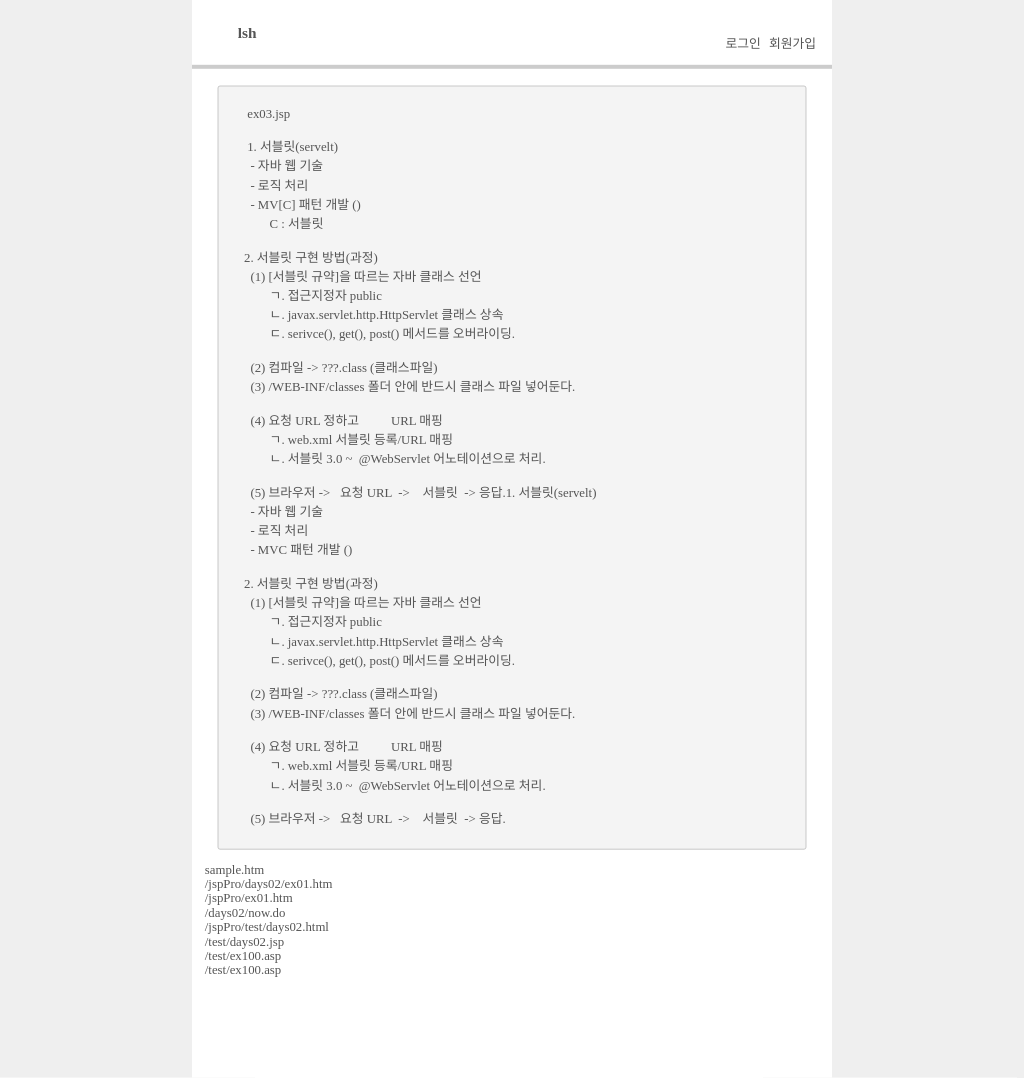
Repository: Dusajang/JSPClass
Page: http://localhost/jspPro/days02/ex03.jsp
These files come from the project's save history. The page is drawn as it stood at one moment and after the next save; the edit follows.
The browser window is 1280 px wide. The pictures show the whole page, at 80% of full size.
Some web fonts or font styles are not loaded; a fallback is used. The page is served by Tomcat 9. Other server files are loaded and not shown.

Above is the page before, as saved 2024-10-16 08:12:10.

### jspPro/src/main/webapp/days02/ex03.jsp
<%@ page language="java" contentType="text/html; charset=utf-8" pageEncoding="utf-8" %> <!-- 페이지 지시자(지시자는 @가 있다.) -->
<!DOCTYPE html>
<html>
<head>
<meta charset="UTF-8">
<title>Insert title here</title>
<link rel="shortcut icon" type="image/x-icon" href="http://localhost/jspPro/images/SiSt.ico">
<script src="https://ajax.googleapis.com/ajax/libs/jquery/3.7.1/jquery.min.js"></script>
<meta name="viewport" content="width=device-width, initial-scale=1.0">
<link rel="stylesheet" href="http://localhost/jspPro/resources/cdn-main/example.css">
<script src="http://localhost/jspPro/resources/cdn-main/example.js"></script>
<style>
 span.material-symbols-outlined{
    vertical-align: text-bottom;
 }
</style>
</head>
<body>
<header>
  <h1 class="main"><a href="#" style="position: absolute;top:30px;">lsh</a></h1>
  <ul>
    <li><a href="#">로그인</a></li>
    <li><a href="#">회원가입</a></li>
  </ul>
</header>
<div>
  <xmp class="code">
     ex03.jsp

     1. 서블릿(servelt)
      - 자바 웹 기술
      - 로직 처리
      - MV[C] 패턴 개발 ()
            C : 서블릿

    2. 서블릿 구현 방법(과정)
      (1) [서블릿 규약]을 따르는 자바 클래스 선언
            ㄱ. 접근지정자 public
            ㄴ. javax.servlet.http.HttpServlet 클래스 상속
            ㄷ. serivce(), get(), post() 메서드를 오버라이딩.

      (2) 컴파일 -> ???.class (클래스파일)
      (3) /WEB-INF/classes 폴더 안에 반드시 클래스 파일 넣어둔다.

      (4) 요청 URL 정하고          URL 매핑
            ㄱ. web.xml 서블릿 등록/URL 매핑
            ㄴ. 서블릿 3.0 ~  @WebServlet 어노테이션으로 처리.

      (5) 브라우저 ->   요청 URL  ->    서블릿  -> 응답.1. 서블릿(servelt)
      - 자바 웹 기술
      - 로직 처리
      - MVC 패턴 개발 ()

    2. 서블릿 구현 방법(과정)
      (1) [서블릿 규약]을 따르는 자바 클래스 선언
            ㄱ. 접근지정자 public
            ㄴ. javax.servlet.http.HttpServlet 클래스 상속
            ㄷ. serivce(), get(), post() 메서드를 오버라이딩.

      (2) 컴파일 -> ???.class (클래스파일)
      (3) /WEB-INF/classes 폴더 안에 반드시 클래스 파일 넣어둔다.

      (4) 요청 URL 정하고          URL 매핑
            ㄱ. web.xml 서블릿 등록/URL 매핑
            ㄴ. 서블릿 3.0 ~  @WebServlet 어노테이션으로 처리.

      (5) 브라우저 ->   요청 URL  ->    서블릿  -> 응답.
  </xmp>

  <a href="sample.htm">sample.htm</a><br />
  <a href="/jspPro/days02/ex01.htm">/jspPro/days02/ex01.htm</a><br />
  <a href="/jspPro/ex01.htm">/jspPro/ex01.htm</a><br />

  <!-- / 경로의 위치가 다르기 때문에 jspPro 부터 시작한다. -->
  <a href="/jspPro/days02/now.do">/days02/now.do</a><br />

  <a href="/jspPro/test/days02/ex100.html">/jspPro/test/days02.html</a><br />
  <a href="/test/days02.jsp">/test/days02.jsp</a><br /> <!-- 일치 x  -->
  <a href="/test/ex100.asp">/test/ex100.asp</a><br /> <!-- 일치 x  -->
  <a href="/jspPro/test/ex100.asp">/test/ex100.asp</a><br />

  <!-- [차이점] 과제 / ch17, 514p
  <url-pattern>/</url-pattern>
  <url-pattern>/*</url-pattern>
   -->
</div>
</body>
</html>

### jspPro/src/main/webapp/resources/cdn-main/example.css
@charset "UTF-8";

@import url('https://fonts.googleapis.com/css2?family=Material+Symbols+Outlined:opsz,wght,FILL,GRAD@20..48,100..700,0..1,-50..200');

@font-face {
    font-family: 'GmarketSansMedium';
    src: url('https://cdn.jsdelivr.net/gh/projectnoonnu/noonfonts_2001@1.1/GmarketSansMedium.woff') format('woff');
    font-weight: normal;
    font-style: normal;
}

:root {
	--text-color: #555;
	--sub-text-color: #777;
	--back-color: #EFEFEF;
	--header-color: #444;
	--primary-color: #DEDEDE;
	--secondary-color: #EFEFEF;
	--default-width: 800px;
	--narrow-width: 500px;
	--wide-width: 1200px;
	--text-font: 'GmarketSansMedium';
	--icon-font: 'Material Symbols Outlined';
	--border-color: #CCC;
}

html, body {
	margin: 0;
	padding: 0;
}

html {
	background-color: var(--back-color);
	display: flex;
	justify-content: center;
	min-height: 100vh;
}

body, body.default {
	width: var(--default-width);
	background-color: white;
	padding-bottom: 120px;
}

body.wide {
	width: var(--wide-width);
}

body.narrow {
	width: var(--narrow-width);
}



body, p, div, span, a, input, select, option, textarea, button, table, th, td, label, fieldset, legend {
	font-family: var(--text-font);
	color: var(--text-color);
}

h1, h2, h3 {
	font-family: var(--text-font);
	color: var(--header-color);
	padding: 0 1rem;
	padding-top: .5rem;
}

div > h1, div > h2, div > h3 {
	padding: 0;
}

body > div, body > main > div {
	padding: 0.3rem 1rem;
}


h1 { font-size: 2rem; border-bottom: 1px solid var(--border-color); }
h1 small { font-size: 1.2rem; color: var(--sub-text-color); }
h2 { font-size: 1.5rem; border-bottom: 1px dashed var(--border-color); }
h2 small { font-size: 1.1rem; color: --sub-text-color; }
h3 { font-size: 1.2rem; }
h3 small { font-size: 1rem; color: --sub-text-color; }



h1.main::before {
	font-family: var(--icon-font);
  	content: '\e666';
  	margin-right: 10px;
  	float: left;
	font-size: 2.5rem;
}

h1.sub::before {
	font-family: var(--icon-font);
  	content: '\ea19';
  	margin-right: 10px;
  	float: left;
	font-size: 2.5rem;
}


h1.page::before {
	font-family: var(--icon-font);
  	content: '\e0e0';
  	margin-right: 10px;
  	float: left;
	font-size: 2.5rem;
}

body > header > ul > li > .active{
	background-color: #FFF;
	color:#F00;
}

body > header {
	display: flex;
	justify-content: space-between;
	border-bottom: 5px solid var(--border-color);
	min-height: 74px;
	background-color: #FFF;
}

body > header.sticky {
	position: sticky;
	top: 0;
	z-index: 98;
}

body > header > h1 {
	font-size: 1.2rem;
	border: 0;
}

body > header.in > h1::before {
	font-family: var(--icon-font);
  	content: '\e332‥';
  	margin-right: 3px;
  	float: left;
	font-size: 2rem;
}


body > header > ul {
	list-style-type: none;
	display: flex;
	align-items: flex-end;
	margin-right: 10px;
}

body > header > ul > li {
	margin-right: 10px;
	cursor: pointer;
}

body > header > ul > li > a {
	cursor: pointer;
}


form {
	display: block;
}

form > div {
	padding: 0.3rem 1rem;
}

div > form > div {
	padding: 0.3rem 0;
}

input, textarea, button, select {
	border: 1px solid #BBB;
	border-radius: 3px;
	outline: none;
	resize: none;
	padding: 7px;
	margin: 0;
}

input[type=text]:read-only, textarea:read-only {
	cursor: not-allowed;
	background-color: #FFF;
}

input[type=text]:disabled, textarea:disabled {
	cursor: not-allowed;
	background-color: #EEE;
}

input[type=text], input[type=password], textarea, button, select {
	/* width: 300px; */
}

textarea {
	display: block;
	height: 100px;
}

input[type=button], input[type=submit], button {
	/* width: inherit; */
}

input.short, textarea.short, button.short, select.short {
	width: 100px;
}

input.long, textarea.long, button.long, select.long {
	width: 350px;
}

.narrow input.long, .narrow textarea.long, .narrow button.long, .narrow select.long {
	width: calc(100% - 20px);
}

input.full, textarea.full, button.full, select.full {
	width: calc(100% - 20px);
}

textarea.short {
	height: 50px;
}

textarea.long {
	height: 100px;
}

textarea.full {
	height: 200px;
}

input, textarea {
	padding-top: 8px;
}

input[type=button], input[type=submit], button {
	padding: 5px 10px;
	background-color: var(--secondary-color);
	cursor: pointer;
	min-height: 36px;
}

input[type=button].primary, input[type=submit].primary, button.primary {
	/* background-color: rgba(100, 149, 237, .2); */
	background-color: var(--primary-color);
}

input[type=button].primary:hover, input[type=submit].primary:hover, button.primary:hover {
	/* background-color: rgba(100, 149, 237, .3); */
	background-color: var(--secondary-color);
}

input[type=button]:hover, input[type=submit]:hover, button:hover {
	background-color: var(--primary-color);
}

button {
	position: relative;
	left: 0;
	top: 0;
	padding-left: 35px;
}

button .material-symbols-outlined {
	position: absolute;
	left: 10px;
	top: 4px;
}

/* k2nik add */
button.login::before {
	font-family: var(--icon-font);
  	content: '\ea77';
	position: absolute;
	left: 11px;
	top: 4px;
	font-size: 1.25rem;
}

/* k2nik logout */
button.logout::before {
	font-family: var(--icon-font);
  	content: '\e9ba';
	position: absolute;
	left: 11px;
	top: 4px;
	font-size: 1.25rem;
}

/* k2nik help */
button.help::before {
	font-family: var(--icon-font);
  	content: '\f1c0';
	position: absolute;
	left: 11px;
	top: 4px;
	font-size: 1.25rem;
}

button.add::before{
	font-family: var(--icon-font);
  	content: '\e746';
	position: absolute;
	left: 11px;
	top: 4px;
	font-size: 1.25rem;
}

button.back::before {
	font-family: var(--icon-font);
  	content: '\e166';
	position: absolute;
	left: 11px;
	top: 4px;
	font-size: 1.25rem;
}

button.list::before {
	font-family: var(--icon-font);
  	content: '\e0ee';
	position: absolute;
	left: 11px;
	top: 4px;
	font-size: 1.25rem;
}


button.del::before {
	font-family: var(--icon-font);
  	content: '\e872';
	position: absolute;
	left: 11px;
	top: 4px;
	font-size: 1.25rem;
}


button.edit::before {
	font-family: var(--icon-font);
  	content: '\e745';
	position: absolute;
	left: 11px;
	top: 4px;
	font-size: 1.25rem;
}


button.login::before {
	font-family: var(--icon-font);
  	content: '\ea77';
	position: absolute;
	left: 11px;
	top: 4px;
	font-size: 1.25rem;
}


button.logout::before {
	font-family: var(--icon-font);
  	content: '\e9ba';
	position: absolute;
	left: 11px;
	top: 4px;
	font-size: 1.25rem;
}


button.in::before {
	font-family: var(--icon-font);
  	content: '\f71a';
	position: absolute;
	left: 11px;
	top: 4px;
	font-size: 1.25rem;
}


button.out::before {
	font-family: var(--icon-font);
  	content: '\f70e';
	position: absolute;
	left: 11px;
	top: 4px;
	font-size: 1.25rem;
}


button.reply::before {
	font-family: var(--icon-font);
  	content: '\e15e';
	position: absolute;
	left: 11px;
	top: 4px;
	font-size: 1.25rem;
}


button.comment::before {
	font-family: var(--icon-font);
  	content: '\e0b9';
	position: absolute;
	left: 11px;
	top: 4px;
	font-size: 1.25rem;
}


button.modal::before {
	font-family: var(--icon-font);
  	content: '\e89e';
	position: absolute;
	left: 11px;
	top: 4px;
	font-size: 1.25rem;
}


button.ok::before {
	font-family: var(--icon-font);
  	content: '\e86c';
	position: absolute;
	left: 11px;
	top: 4px;
	font-size: 1.25rem;
}


button.cancel::before {
	font-family: var(--icon-font);
  	content: '\e5c9';
	position: absolute;
	left: 11px;
	top: 4px;
	font-size: 1.25rem;
}

button.search::before {
	font-family: var(--icon-font);
  	content: '\e8b6';
	position: absolute;
	left: 11px;
	top: 4px;
	font-size: 1.25rem;
}

button.home::before {
	font-family: var(--icon-font);
  	content: '\e88a';
	position: absolute;
	left: 11px;
	top: 4px;
	font-size: 1.25rem;
}


button.sidebar::before {
	font-family: var(--icon-font);
  	content: '\f7e4';
	position: absolute;
	left: 11px;
	top: 4px;
	font-size: 1.25rem;
}


button.sidebar-right::before {
	font-family: var(--icon-font);
  	content: '\f7e5';
	position: absolute;
	left: 11px;
	top: 4px;
	font-size: 1.25rem;
}




button::before {
	font-family: var(--icon-font);
  	content: '\e323';
	position: absolute;
	left: 11px;
	top: 4px;
	font-size: 1.25rem;
}


table {
	border-collapse: collapse;
	margin: 1rem;
	box-sizing: border-box;
	width: calc(100% - 32px);
}

table.content {
	width: auto;
}

div > table {
	margin: 0;
}

table th, table td {
	border: 1px solid var(--border-color);
	padding: 7px;
	font-weight: normal;
}

table th {
	background-color: var(--back-color);
}

table.vertical th {
	width: 150px;
}

table.vertical td {
	width: calc(100% - 182px);
	padding-left: 10px;
}

table.content td, table.content th {
	width: auto;
}

body.narrow table.vertical th {
	width: 100px;
}

body.narrow table.vertical td {
	width: calc(100% - 182px);
}


table + table {
	margin-top: 30px;
}


p {
	padding: 0 1rem;
}

a {
	text-decoration: none;
}

a:hover {
	color: rgba(255, 99, 71, .7);
}

hr {
	border: 0;
	border-top: 1px solid var(--border-color);
	margin: 2rem 0;
}

.message {
	border: 1px solid var(--border-color);
	background-color: #EFEFEF;
	margin: 1rem;
	width: auto;
	padding-top: 10px;
	padding-bottom: 10px;
	font-size: 14px;
}

.message[title]::before {
	content: attr(title);
	display: block;
	border-bottom: 1px solid var(--border-color);
	padding-bottom: 5px;
	margin-bottom: 10px;
	margin-top: 7px;
}

.message.short {
	max-width: 250px;
}

.message.long {
	max-width: 500px;
}

.badge {
	float: right;
	font-size: .8rem;
	margin-top: 2px;
	margin-right: 2px;
	text-shadow: 0 0 7px gray;
}

.badge.left {
	float: none;
	margin-left: 2px;
}

.badge.right {
	float: right;
}

.badge.red {
	border-radius: 50%;
	padding: 2px 5px;
	background-color: rgb(255, 99, 71, .3);
}

.badge.yellow {

	border-radius: 50%;
	padding: 2px 5px;
	background-color: rgb(255, 215, 0, .5);
}

.badge.blue {
	border-radius: 50%;
	padding: 2px 5px;
	background-color: rgb(100, 149, 237, .3);
}

label + label {
	margin-left: 7px;
}

label input[type=checkbox], label input[type=radio] {
	transform: translate(0, 1px);
}

.group {
	display: flex;
}

.modal-content .group {
	margin-bottom: .5rem;
}

.group label {
	border: 1px solid #BBB;
	border-radius: 3px;
	outline: none;
	resize: none;
	padding: 7px 14px;
	margin: 0;
	border-top-right-radius: 0;
	border-bottom-right-radius: 0;
	background-color: #EFEFEF;
	white-space: nowrap;
	font-size: 14px;
}

.group input[type=text] {
	margin-left: -1px;
	border-top-left-radius: 0;
	border-bottom-left-radius: 0;
}

.group select {
	margin-left: -1px;
	border-top-left-radius: 0;
	border-bottom-left-radius: 0;
}

.group input.full[type=text] {
	margin-left: -1px;
	border-top-left-radius: 0;
	border-bottom-left-radius: 0;
	width: 100%;
}

.group input[type=button]:first-child, .group button:first-child {
	border-top-left-radius: 3px;
	border-bottom-left-radius: 3px;
	margin-left: 0px;
}

.group input[type=button], .group button {
	border-radius: 0;
	margin-left: -1px;
}

.group input[type=button]:last-child, .group button:last-child {
	margin-left: -1px;
	border-top-right-radius: 3px;
	border-bottom-right-radius: 3px;
}

.seperate {
	display: flex;
	justify-content: space-between;
}

div.list {
	width: max-content;
	margin: 1rem;
	border: 1px solid #BBB;
	border-radius: 3px;
	padding: 0;
}

div.list.full {
	width: auto;
	display: block;
	margin: 1rem;
	border: 1px solid #BBB;
	border-radius: 3px;
	padding: 0;
}

div.list > div {
	padding: .5rem 1rem;
	margin: 0;
	border-bottom: 1px solid #BBB;
}

div.list > div:last-child {
	border-bottom: 0;
}

pre.code , xmp.code{
	font-family: consols;
	background-color: rgba(150, 150, 150, .1);
	border: 1px solid #BBB;
	border-radius: 3px;
	padding: .5rem 1rem;
	padding-bottom: .6rem;
	margin: 1rem;
}




*[data-modal-window] {
	position: fixed;
	background-color: rgba(0, 0, 0, .3);
	left: 0;
	top: 0;
	display: none;
	justify-content: center;
	align-items: flex-start;
	width: 100%;
	min-height: 100vh;
	z-index: 100;
	opacity: 0;
	transition: 500ms all;
}

*[data-modal-window] .modal-container {
	border-radius: 5px;
	padding: 1rem;
	padding-bottom: .5rem;
	margin-top: -500px;
	opacity: 0;
	width: 500px;
	background-color: #FFF;
	margin-right: 2rem;
	transition: 500ms all;
}

*[data-modal-size=content] .modal-container {
	width: auto;
}

*[data-modal-size=narrow] .modal-container {
	width: 300px;
}

*[data-modal-size=wide] .modal-container {
	width: 760px;
}


*[data-modal-window] .modal-header {
	border-bottom: 1px solid var(--border-color);
	padding: 2px 5px;
}

*[data-modal-window] .modal-content {
	padding: 1rem 5px;
}

*[data-modal-window] .modal-content div:last-child {
	margin-top: 1rem;
	text-align: right;
}



*[data-sidebar-window] {
	position: fixed;
	background-color: #FFF;
	left: 0;
	top: 0;
	display: block;
	width: 300px;
	border-right: 1px solid var(--border-color);
	box-sizing: border-box;
	box-shadow: 0 0 3px var(--back-color);
	min-height: 100vh;
	z-index: 99;
	transform: translate(-300px, 0);
	transition-duration: 500ms;
	transition-property: transform;
}

*[data-sidebar-direction=right] {
	left: auto;
	right: 0;
	transform: translate(300px, 0);
	border-left: 1px solid var(--border-color);
}

*[data-sidebar-size=wide] {
	width: 500px;
	transform: translate(-500px, 0);
}

*[data-sidebar-window] .sidebar-title {
	border-bottom: 1px solid var(--border-color);
	margin-top: 20px;
	margin-bottom: 20px;
	padding-bottom: 5px;
	display: flex;
	justify-content: space-between;
}

*[data-sidebar-window] .sidebar-title span:last-child {
	cursor: pointer;
}


/* K2Nik pagination */
.center {
  text-align: center;
}

.pagination {
  display: inline-block;
}

.pagination a {
  color: black;
  float: left;
  padding: 3px 6px;
  text-decoration: none;
  transition: background-color .3s;
  border: 1px solid #ddd;
  margin: 0 3px;
}

.pagination a.active {
  background-color: #4CAF50;
  color: white;
  border: 1px solid #4CAF50;
}

.pagination a:hover:not(.active) {background-color: #ddd;}

### jspPro/src/main/webapp/resources/cdn-main/example.js

window.onload = () => {

    const list = document.querySelectorAll('input, textarea');

    list.forEach(item => {
        item.setAttribute('autocomplete', 'off');
    });


    const modal_btn_list = document.querySelectorAll('*[data-modal-button]');

    modal_btn_list.forEach(item => {
        item.onclick = function() {

            const name = this.dataset['modalButton'];
            const modal_window = document.querySelector('*[data-modal-window=' + name);

            const container = document.createElement('div');
            container.className = 'modal-container';



            const modal_header = document.createElement('div');
            modal_header.textContent = modal_window.dataset['modalTitle'];
            modal_header.className = 'modal-header';
            container.appendChild(modal_header);

            const modal_content = document.createElement('div');
            modal_content.className = 'modal-content';
            container.appendChild(modal_content);

            Array.from(modal_window.childNodes).forEach(item => {
                modal_content.appendChild(item);
            });

            modal_window.appendChild(container);

            modal_window.style.display = 'flex';

            setTimeout(() => {
                modal_window.style.opacity = 1;
                container.style.marginTop = '20px';
                container.style.opacity = 1;
            }, 50);


            const modal_ok = document.querySelector('*[data-modal-ok=' + name);
            modal_ok.addEventListener('click', function() {
                modal_window.style.opacity = 0;
                container.style.marginTop = '-500px';
                container.style.opacity = 0;

                setTimeout(() => {
                    modal_window.innerHTML = modal_content.innerHTML;
                    modal_window.style.display = 'none';
                }, 500);

            });

            const modal_cancel = document.querySelector('*[data-modal-cancel=' + name);
            modal_cancel.addEventListener('click', function() {

                modal_window.style.opacity = 0;
                container.style.marginTop = '-500px';
                container.style.opacity = 0;

                setTimeout(() => {
                    modal_window.innerHTML = modal_content.innerHTML;
                    modal_window.style.display = 'none';
                }, 500);
            });


        };
    });


    const sidebar_btn_list = document.querySelectorAll('*[data-sidebar-button]');

    sidebar_btn_list.forEach(item => {
        item.onclick = function() {



            const name = this.dataset['sidebarButton'];
            const sidebar_window = document.querySelector('*[data-sidebar-window=' + name);

            if (sidebar_window.style.transform == 'translate(0px, 0px)') return;



            sidebar_window.style.transform = 'translate(0, 0)';

            const sidebar_title = document.createElement('div');
            sidebar_title.className = 'sidebar-title';
            sidebar_title.innerHTML = '<span>' + sidebar_window.dataset['sidebarTitle'] + '</span><span class="material-symbols-outlined">close</span>';

            sidebar_title.children[1].onclick = function() {

                let sign = 1;
                let distance = 300;

                if (sidebar_window.dataset['sidebarDirection'] != 'right') {
                    sign = -1;
                } else {
                    sign = 1;
                }

                if (sidebar_window.dataset['sidebarSize'] != 'wide') {
                    distance = 300;
                } else {
                    distance = 500;
                }

                distance *= sign;

                sidebar_window.style.transform = 'translate(' + distance + 'px, 0)';

                setTimeout(function() {
                    sidebar_window.removeChild(sidebar_window.children[0]);
                }, 500);
            };


            sidebar_window.prepend(sidebar_title);

        }
    });

};

// window.onkeydown = function(event) {

//     if (event.keyCode == 27) {
//         if (document.querySelector('[data-modal-window').style.display == 'flex') {
//             document.querySelector('[data-modal-window').style.display = 'none';
//         }
//     }

// };

After the next save:
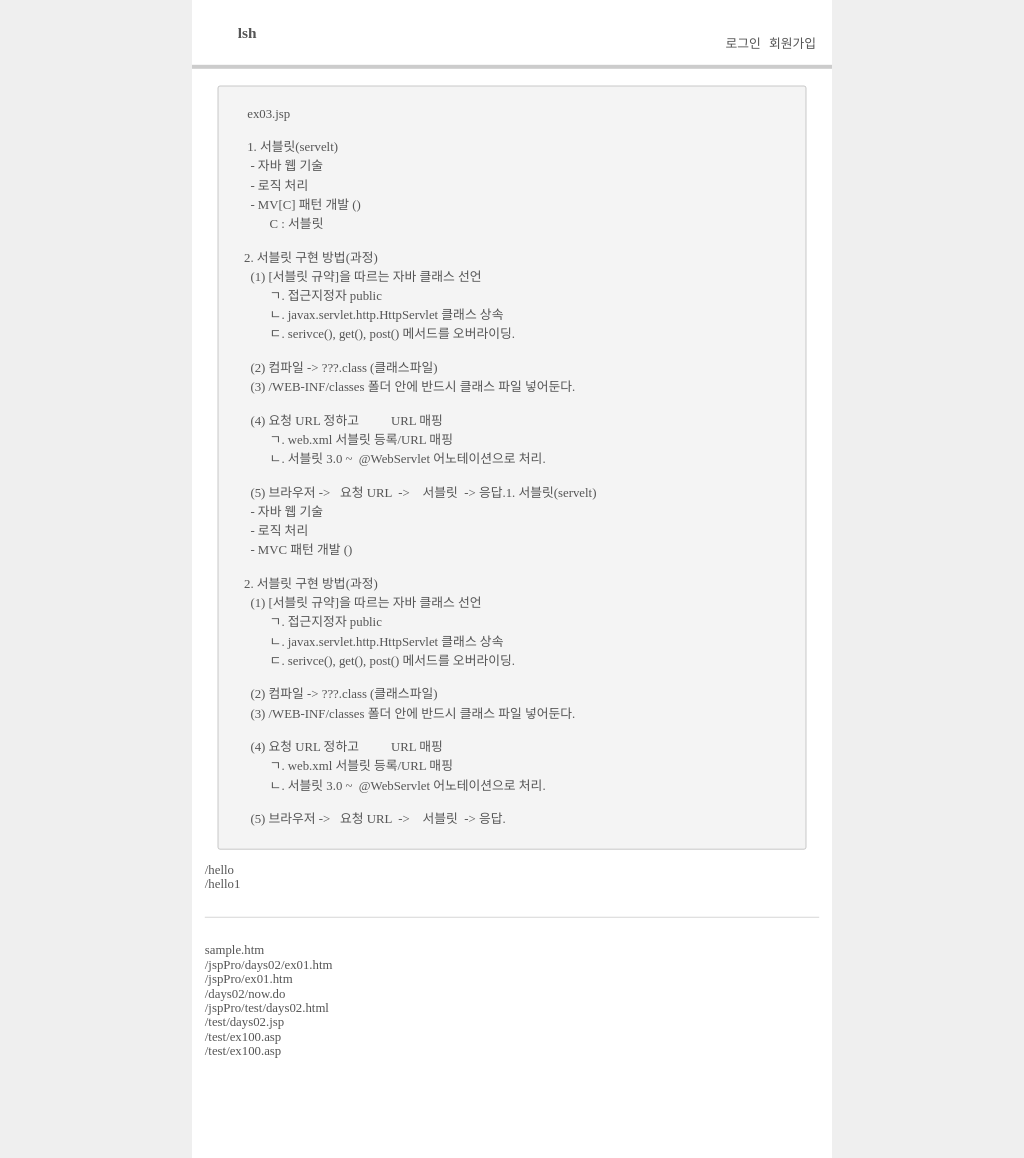
Saved 2 min 5 s later.
--- a/jspPro/src/main/webapp/days02/ex03.jsp
+++ b/jspPro/src/main/webapp/days02/ex03.jsp
@@ -67,6 +67,11 @@
       (5) 브라우저 ->   요청 URL  ->    서블릿  -> 응답.
   </xmp>
 
+  <a href="/jspPro/hello">/hello</a><br>
+  <a href="/jspPro/hello1">/hello1</a><br>
+  <hr>
+
+
   <a href="sample.htm">sample.htm</a><br />
   <a href="/jspPro/days02/ex01.htm">/jspPro/days02/ex01.htm</a><br />
   <a href="/jspPro/ex01.htm">/jspPro/ex01.htm</a><br />
